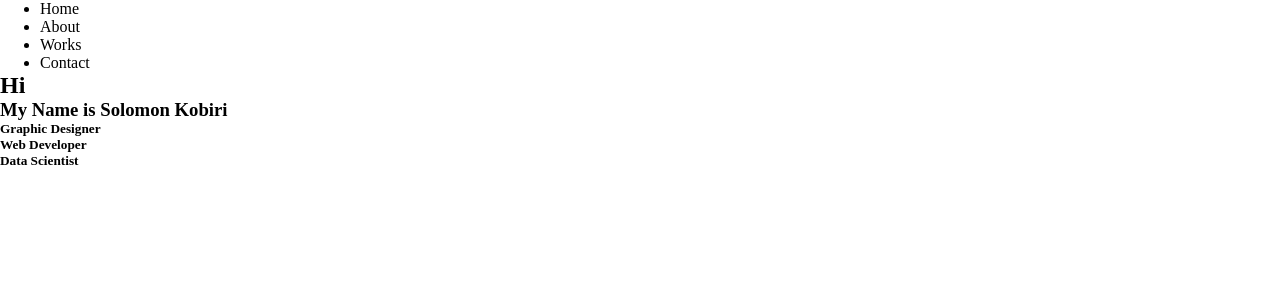
Repository: Kwabena-Kobiri/yellocoders
Page: index.html
An editor plug-in stored every save of this project. The page is shown before and after the next save, followed by the edit.
The browser window is 1280 px wide. The pictures show the whole page.

Above is the page before, as saved 2021-05-05 18:15:22.

After the next save:
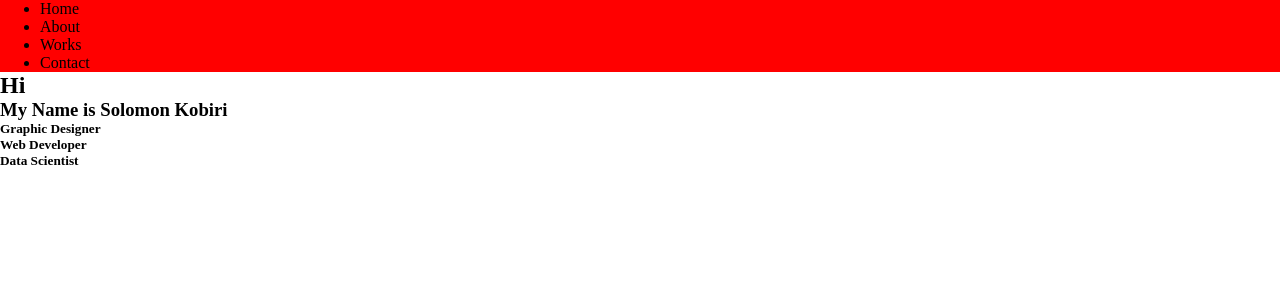
Saved 23 min 37 s later.
--- a/index.css
+++ b/index.css
@@ -2,3 +2,10 @@
     /* background-color: red; */
     margin: 0px;
 }
+
+/* HEADER STYLING STARTS HERE */
+#header {
+    background-color:red;
+}
+
+/* HEADER STYLING ENDS HERE */
